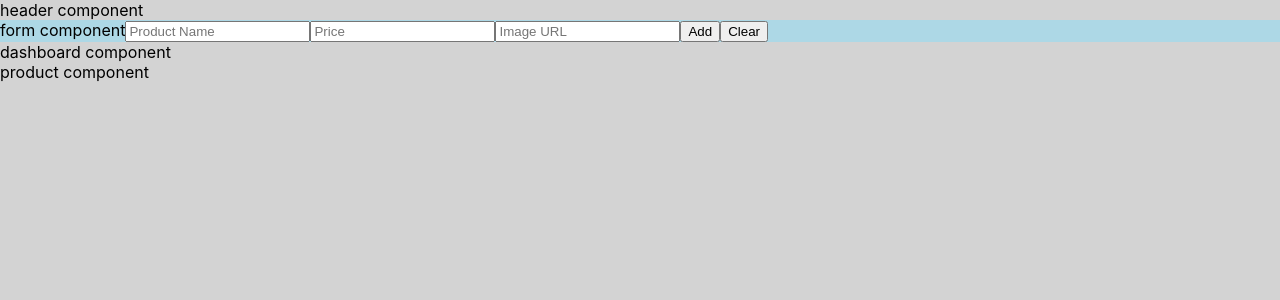
Repository: ooter37/shelfie
Page: /
These files come from the project's save history. The page is drawn as it stood at one moment and after the next save; the edit follows.
The browser window is 1280 px wide. The pictures show the whole page.
The project was rebuilt for these pictures with package versions that can differ from the ones it lists, and the page was loaded fresh each time.

Above is the page before, as saved 2020-04-03 10:49:15.

### src/App.js
import React from 'react';

import './App.css';
import Header from './Components/Header/Header'
import Dashboard from './Components/Dashboard/Dashboard'
import Form from './Components/Form/Form'

function App() {
  return (
    <div className="App">
      <Header/>
      <Form/>
      <Dashboard/>
    </div>
  );
}

export default App;

### src/App.css
.App {
  height: 100vh;
  width: 100vw;
  background-color: lightgrey;
}

.form-component {
  background-color: lightblue;
}

### src/Components/Header/Header.js
import React from 'react'

export default class Header extends React.Component {
    // constructor() {
    //     super()
    // }
    render() {
        return (
            <div>header component</div>
        )
    }
}

### src/Components/Dashboard/Dashboard.js
import React from 'react'
import Product from '../Product/Product'

export default class Dashboard extends React.Component {
    // constructor() {
    //     super()
    // }
    render() {
        return (
            <div>
                dashboard component
                <Product/>

            </div>
        )
    }
}

### src/Components/Form/Form.js
import React from 'react'

export default class Form extends React.Component {
    constructor() {
        super()
        this.state = {
            name: '',
            price: '',
            img: ''
        }
        this.nameChangeHandler = this.nameChangeHandler.bind(this)
        this.priceChangeHandler = this.priceChangeHandler.bind(this)
        this.imgChangeHandler = this.imgChangeHandler.bind(this)
        this.resetButton = this.resetButton.bind(this)
    }
    nameChangeHandler(e) {
        this.setState({
            name: e.target.value
        })
    }
    priceChangeHandler(e) {
        this.setState({
            price: e.target.value
        })
    }
    imgChangeHandler(e) {
        this.setState({
            img: e.target.value
        })
    }
    resetButton() {
        this.setState({
            name: '',
            price: 0,
            img: ''
        })
    }


    render() {
        console.log(this.state)
        return (
            <div className='form-component'>form component
                <input
                    name='productName'
                    value={this.state.name}
                    onChange={e => this.nameChangeHandler(e)}
                    placeholder='Product Name'
                    ></input>
                <input
                    name='producePrice'
                    value={this.state.price}
                    onChange={e => this.priceChangeHandler(e)}
                    placeholder='Price'
                ></input>
                <input
                    name='productImage'
                    value={this.state.img}
                    onChange={e => this.imgChangeHandler(e)}
                    placeholder='Image URL'
                ></input>
                <button>Add</button>
                <button
                    onClick={this.resetButton}
                >Clear</button>
            </div>
        )
    }
}

### src/Components/Product/Product.js
import React from 'react'

export default class Product extends React.Component {
    // constructor() {
    //     super()
    // }
    render() {
        return (
            <div>product component</div>
        )
    }
}

Loaded but not shown: public/index.html (common file); src/index.js (common file); src/index.css (common file); src/serviceWorker.js (common file)

After the next save:
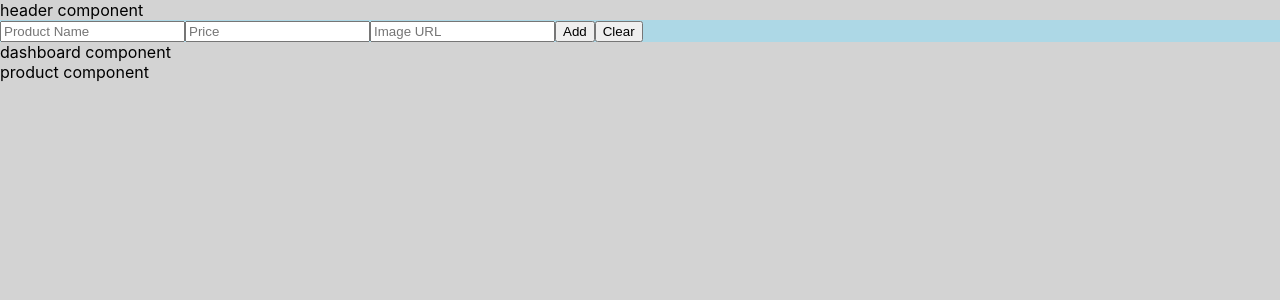
Saved 18 s later.
--- a/src/Components/Form/Form.js
+++ b/src/Components/Form/Form.js
@@ -40,7 +40,7 @@ export default class Form extends React.Component {
     render() {
         console.log(this.state)
         return (
-            <div className='form-component'>form component
+            <div className='form-component'>
                 <input
                     name='productName'
                     value={this.state.name}
